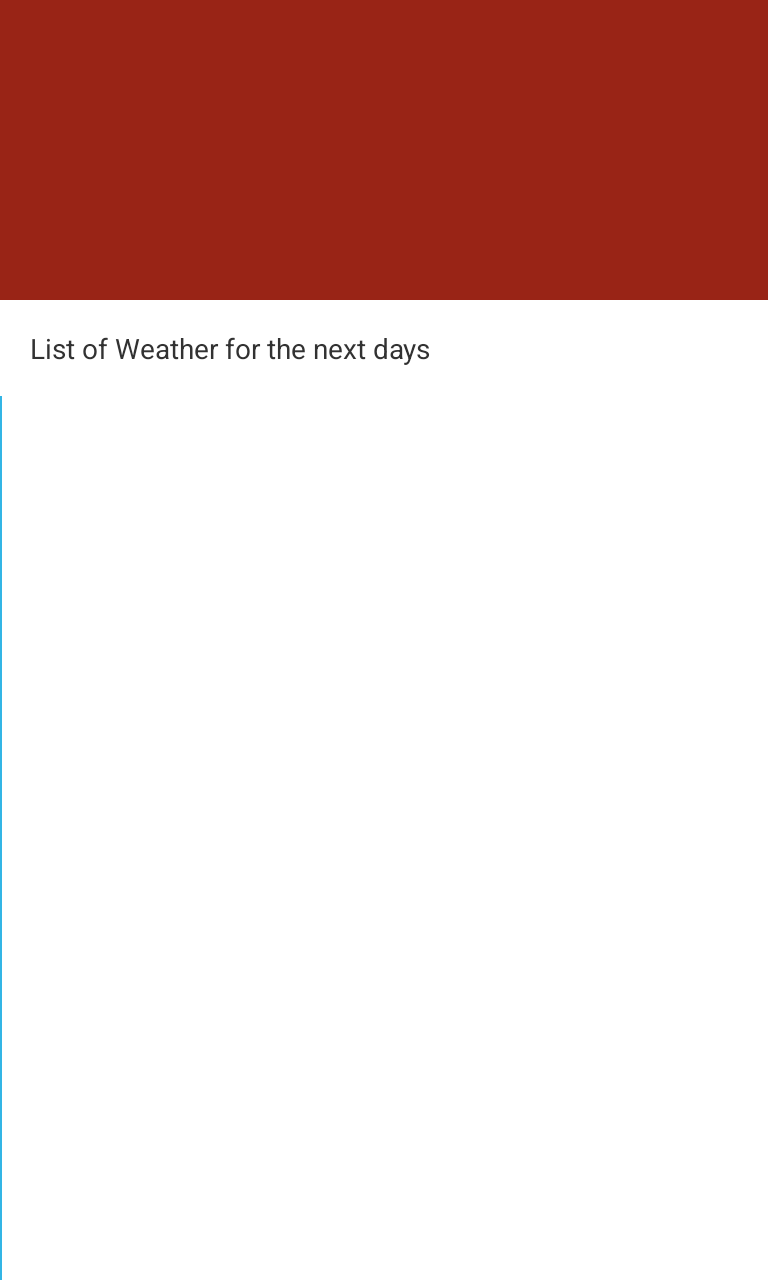
Repository: randhika/WeatherApp
Layout: WeatherApp/res/layout/home_fragment_layout.xml
These files come from the project's save history. The layout is drawn as it stood at one moment and after the next save; the edit follows.
It is drawn on a 768 x 1280 px phone screen (xhdpi) without system bars, with theme AppTheme; the app's code is not run.

Above is the layout before, as saved 2014-04-27 18:56:45.

After the next save:
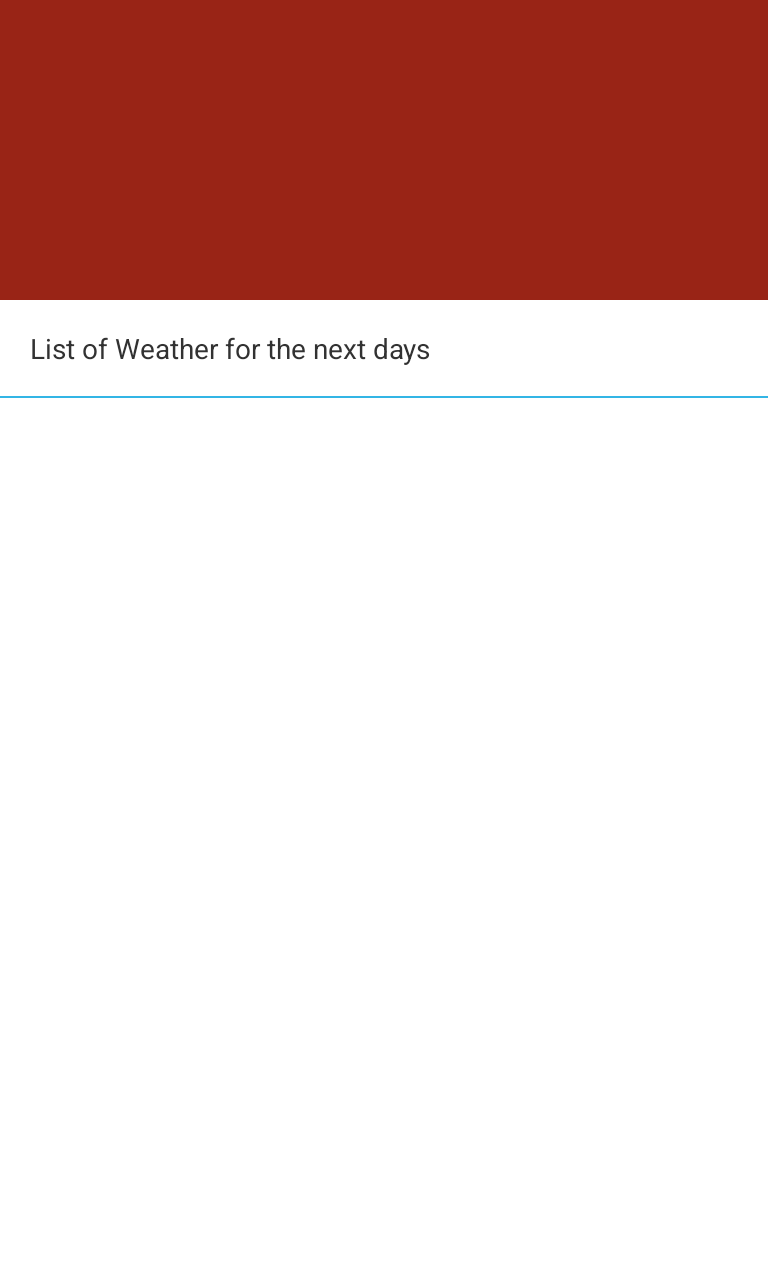
Saved 13 s later.
--- a/WeatherApp/res/layout/home_fragment_layout.xml
+++ b/WeatherApp/res/layout/home_fragment_layout.xml
@@ -54,8 +54,8 @@
         android:text="@string/Weather_For_Next_Days" />
 
     <View
-        android:layout_width="1dp"
-        android:layout_height="fill_parent"
+        android:layout_width="fill_parent"
+        android:layout_height="1dp"
         android:background="@android:color/holo_blue_light" />
 
 </LinearLayout>
